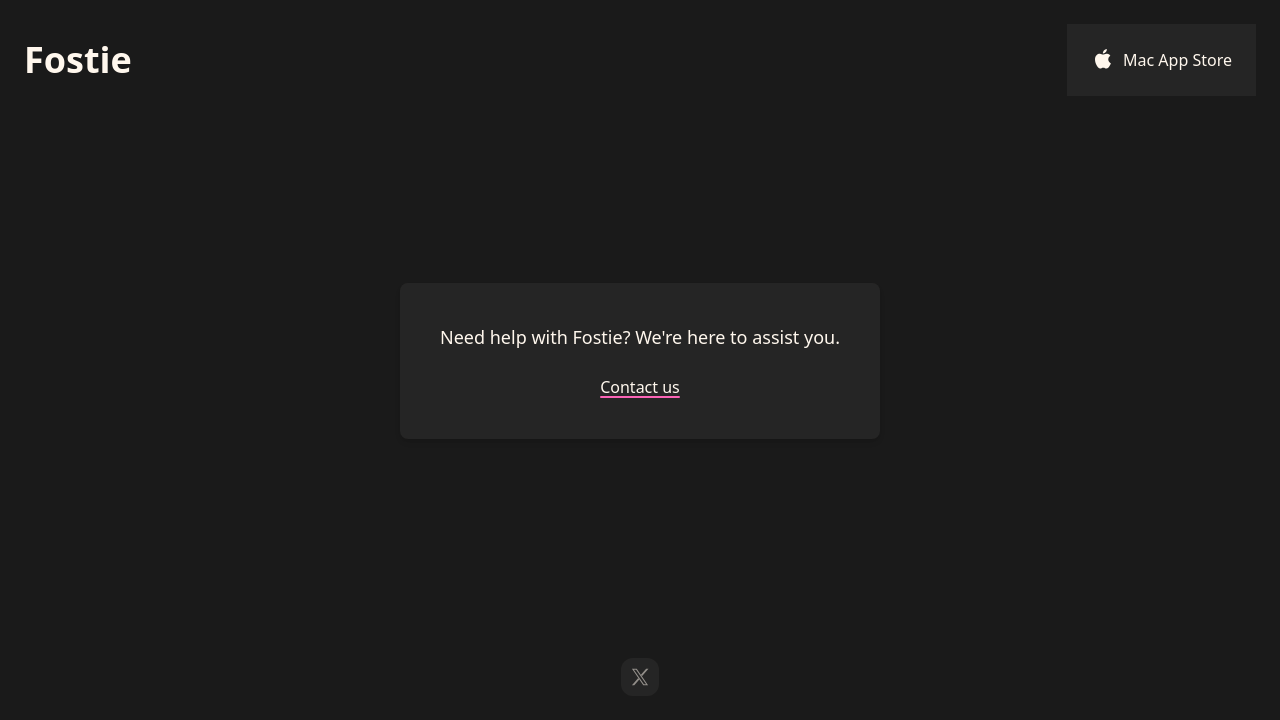
Repository: atimael/fostie-web
Page: /
An editor plug-in stored every save of this project. The page is shown before and after the next save, followed by the edit.
The browser window is 1280 px wide. The pictures show the whole page.
The project was rebuilt for these pictures with package versions that can differ from the ones it lists, and the page was loaded fresh each time. The framework's server and built-in components were replaced by stand-ins that run in the browser. Also part of the build but not shown: next.config.js.

Above is the page before, as saved 2025-05-27 20:47:22.

After the next save:
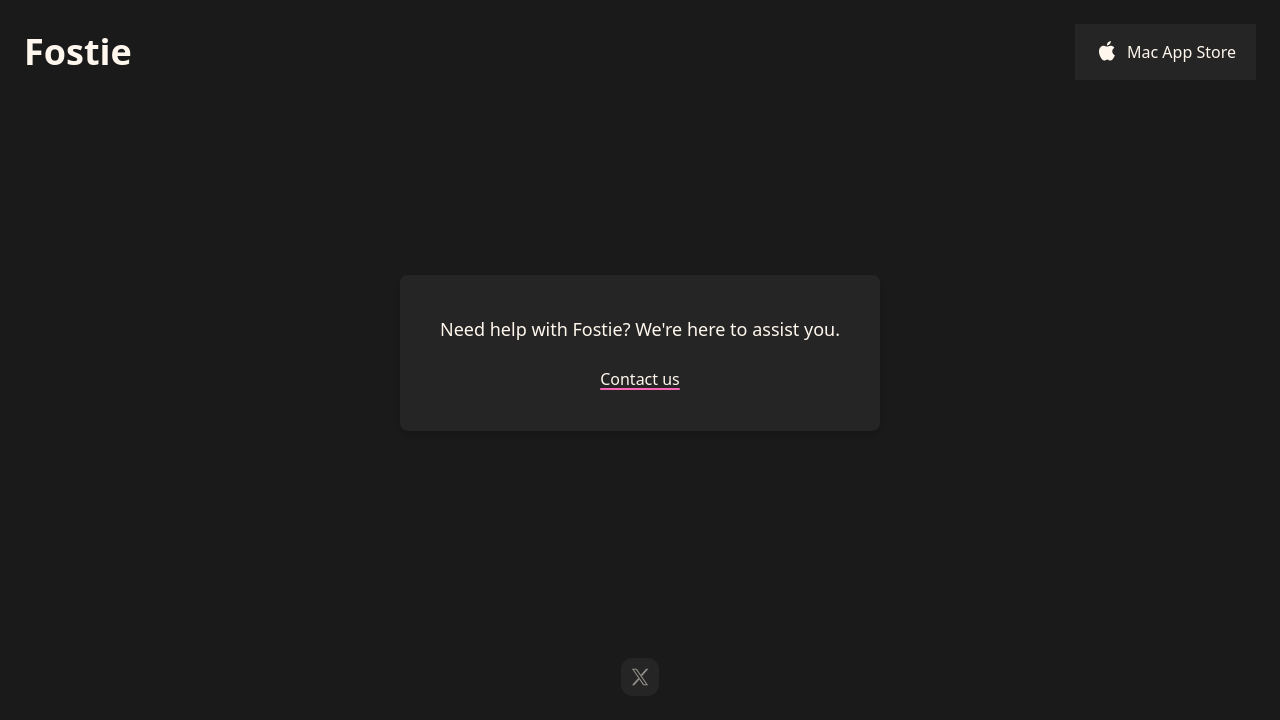
Saved 54 s later.
--- a/components/header.tsx
+++ b/components/header.tsx
@@ -7,7 +7,7 @@
       </div>
 
       <div className="flex items-center gap-4">
-        <div className="flex items-center gap-2 hover:cursor-pointer bg-orange-50/5 p-6">
+        <div className="flex items-center gap-2 hover:cursor-pointer bg-orange-50/5 px-5 py-4">
           <div>
             <svg
               className="h-6 w-6 fill-current"
